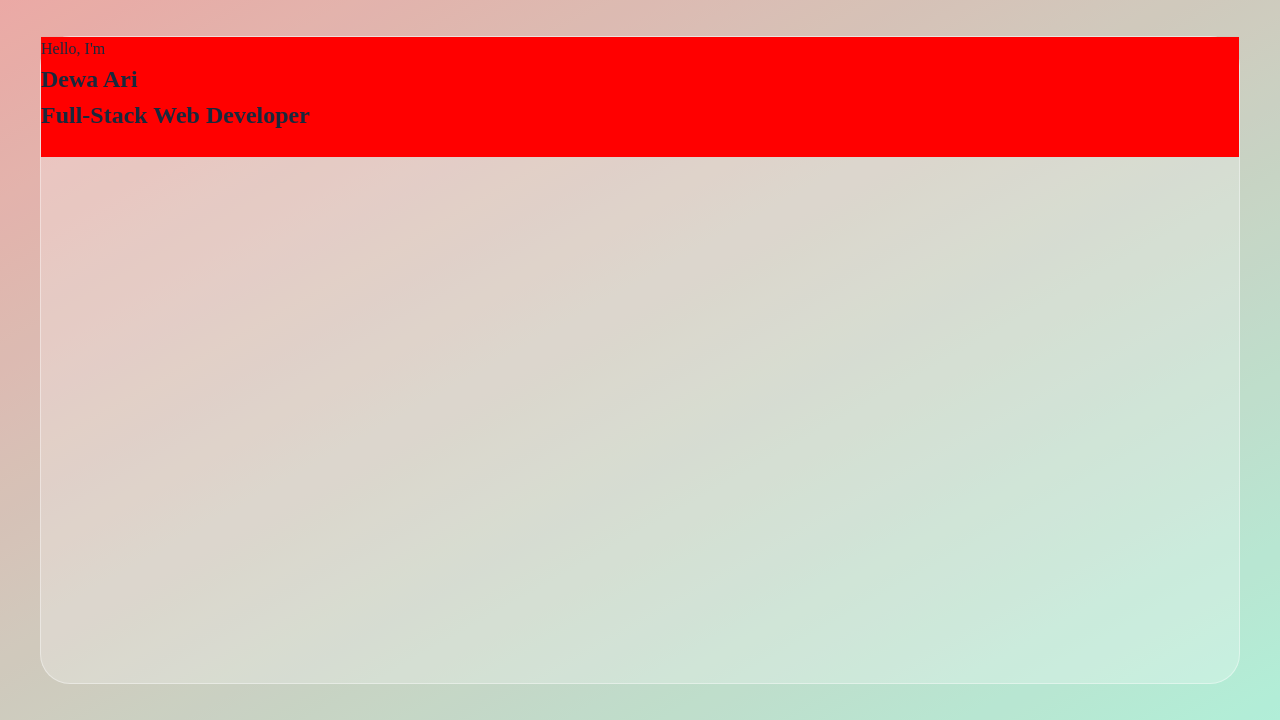
Repository: dewaary/Glassmorp-me
Page: index.html
An editor plug-in stored every save of this project. The page is shown before and after the next save, followed by the edit.
The browser window is 1280 px wide. The pictures show the whole page.

Above is the page before, as saved 2021-05-12 22:05:16.

After the next save:
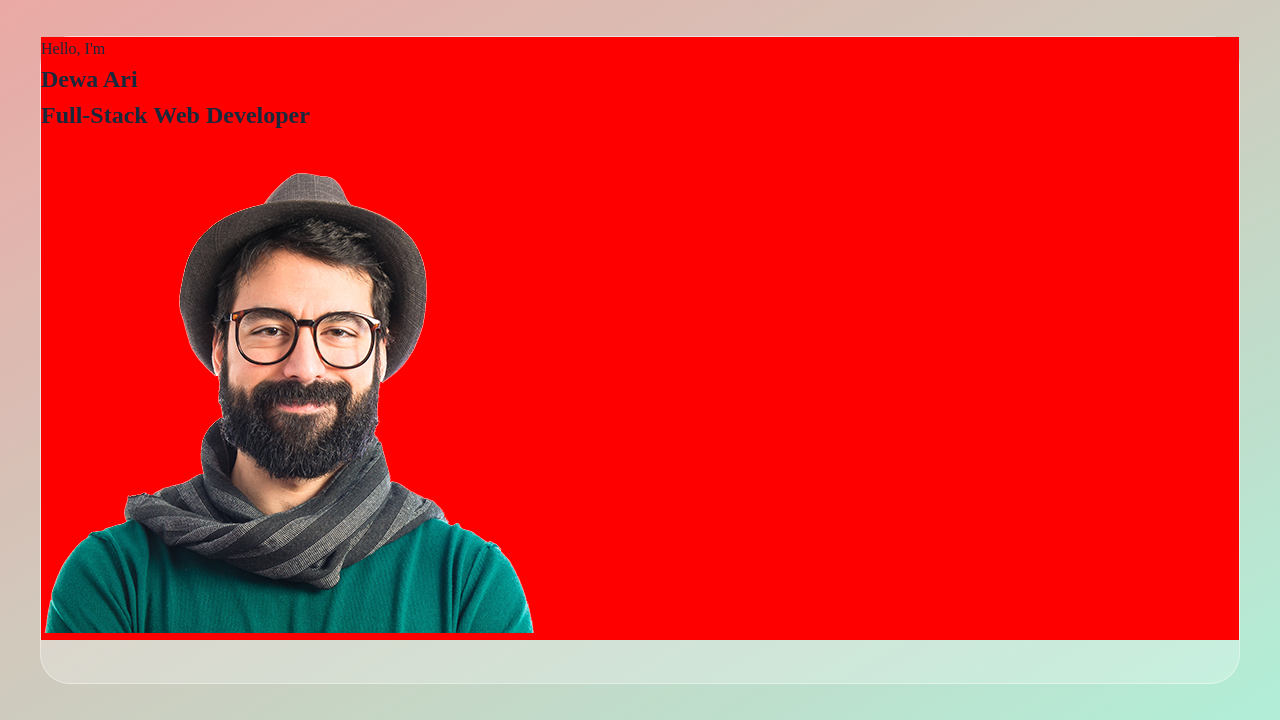
Saved 41 s later.
--- a/index.html
+++ b/index.html
@@ -22,7 +22,7 @@
                     </div>
                     <div class="home-img">
                         <div class="img-box">
-                            <img src="" alt="">
+                            <img src="img/profile-img.png" alt="profile-img">
                         </div>
                     </div>
                 </div>
